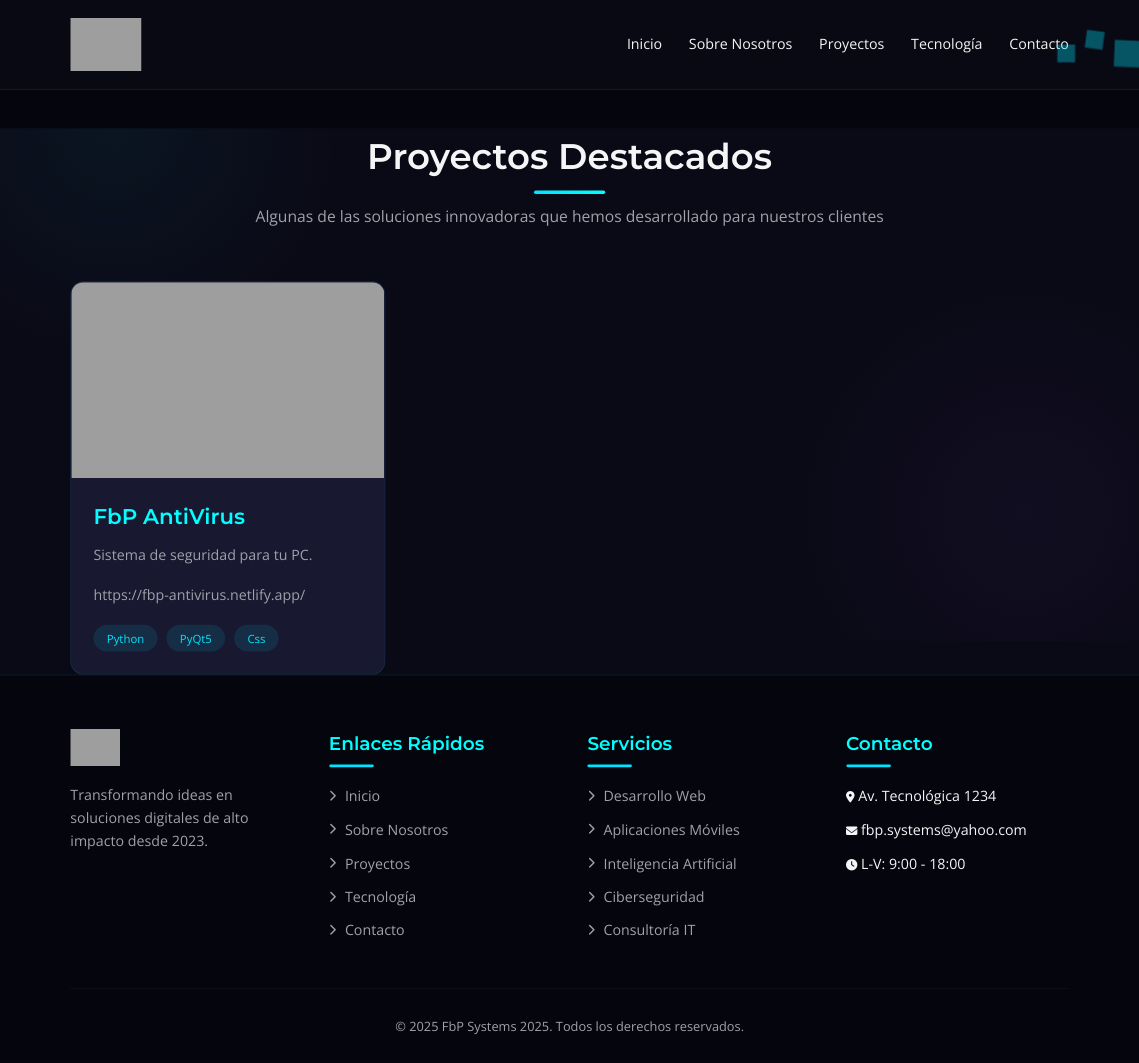
Repository: FabriDevelope/fbp-system
Page: proyectos.html
An editor plug-in stored every save of this project. The page is shown before and after the next save, followed by the edit.
The browser window is 1280 px wide. The pictures show the whole page, at 89% of full size.
Pictures or frames that could not be fetched are drawn as grey boxes.

Above is the page before, as saved 2025-08-01 17:21:47.

After the next save:
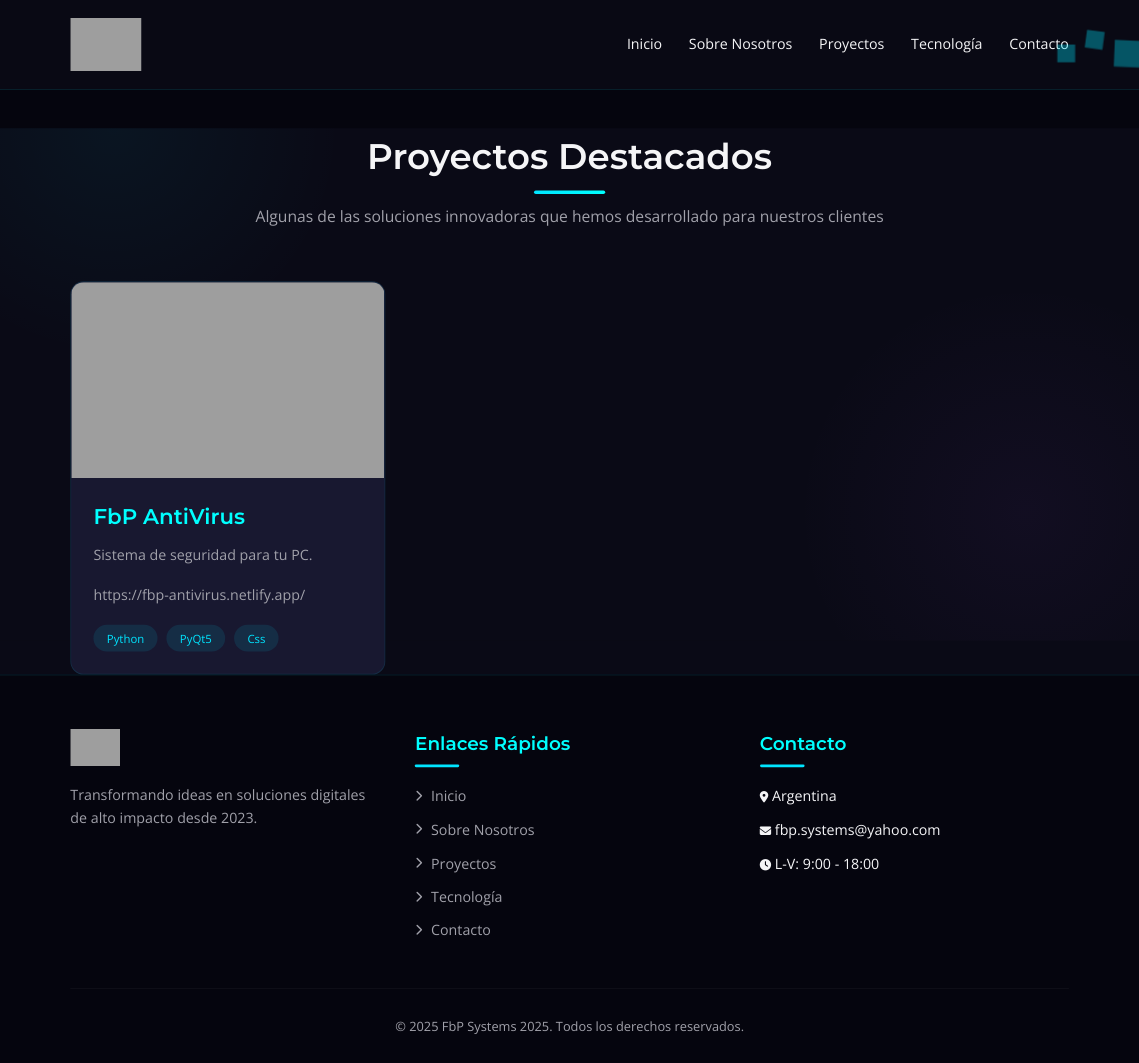
Saved 7 s later.
--- a/proyectos.html
+++ b/proyectos.html
@@ -47,7 +47,7 @@
                 <p>Algunas de las soluciones innovadoras que hemos desarrollado para nuestros clientes</p>
             </div>
             <div class="projects-grid">
-                <div class="project-card" data-url="https://discord.com">
+                <div class="project-card">
                     <div class="project-image">
                         <img src="https://images.unsplash.com/photo-1555066931-4365d14bab8c?ixlib=rb-4.0.3&auto=format&fit=crop&w=600&q=80" alt="Plataforma Financiera Inteligente">
                     </div>
@@ -87,19 +87,9 @@
                     </ul>
                 </div>
                 <div class="footer-col">
-                    <h4>Servicios</h4>
-                    <ul class="footer-links">
-                        <li><a href="#"><i class="fas fa-chevron-right"></i> Desarrollo Web</a></li>
-                        <li><a href="#"><i class="fas fa-chevron-right"></i> Aplicaciones Móviles</a></li>
-                        <li><a href="#"><i class="fas fa-chevron-right"></i> Inteligencia Artificial</a></li>
-                        <li><a href="#"><i class="fas fa-chevron-right"></i> Ciberseguridad</a></li>
-                        <li><a href="#"><i class="fas fa-chevron-right"></i> Consultoría IT</a></li>
-                    </ul>
-                </div>
-                <div class="footer-col">
                     <h4>Contacto</h4>
                     <ul class="footer-links">
-                        <li><i class="fas fa-map-marker-alt"></i> Av. Tecnológica 1234</li>
+                        <li><i class="fas fa-map-marker-alt"></i> Argentina</li>
                         <li><i class="fas fa-envelope"></i> fbp.systems@yahoo.com</li>
                         <li><i class="fas fa-clock"></i> L-V: 9:00 - 18:00</li>
                     </ul>
